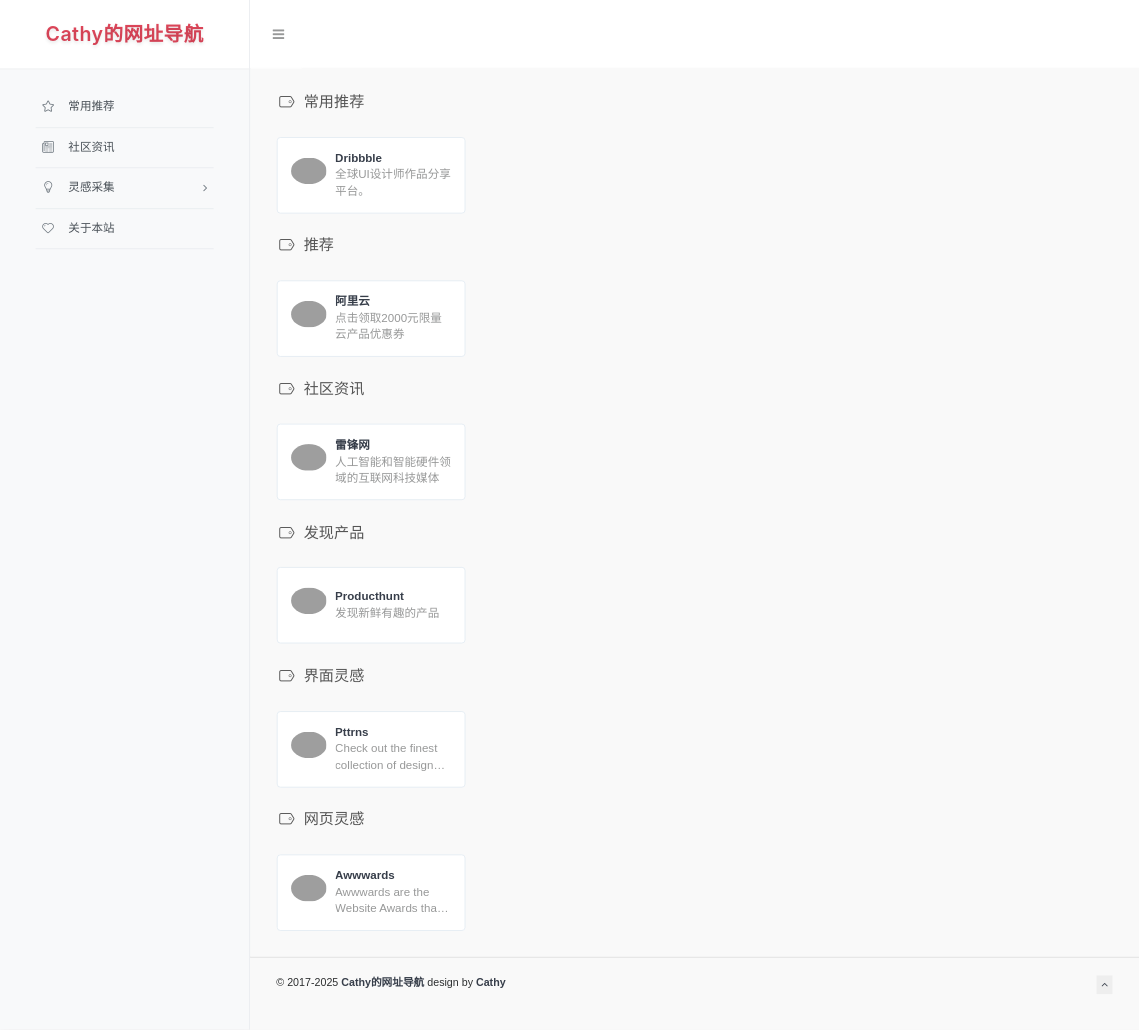
Repository: SweetPomelo0/AINav
Page: cn/index.html
The author's editor kept a copy of each file at every save. The page is drawn from the files as they stood at one save, then again after the next save.
The browser window is 1280 px wide. The pictures show the whole page, at 89% of full size.
Pictures or frames that could not be fetched are drawn as grey boxes.

Above is the page before, as saved 2025-07-24 22:20:29.

### cn/index.html
<!doctype html>
<html lang="zh">
  <head>
    <meta charset="utf-8" />
    <meta http-equiv="X-UA-Compatible" content="IE=edge" />
    <meta name="viewport" content="width=device-width, initial-scale=1.0" />
    <meta name="author" content="viggo" />
    <title>Cathy的网址导航</title>
    <meta name="keywords" content="Cathy的网址导航,收集工作中常用网址" />
    <meta name="description" content="Cathy的网址导航,收集工作中常用网址" />
    <link rel="shortcut icon" href="../assets/images/favicon.png" />
    <link
      rel="stylesheet"
      href="http://fonts.googleapis.com/css?family=Arimo:400,700,400italic"
    />
    <link
      rel="stylesheet"
      href="../assets/css/fonts/linecons/css/linecons.css"
    />
    <link
      rel="stylesheet"
      href="../assets/css/fonts/fontawesome/css/font-awesome.min.css"
    />
    <link rel="stylesheet" href="../assets/css/bootstrap.css" />
    <link rel="stylesheet" href="../assets/css/xenon-core.css" />
    <link rel="stylesheet" href="../assets/css/xenon-components.css" />
    <link rel="stylesheet" href="../assets/css/xenon-skins.css" />
    <link rel="stylesheet" href="../assets/css/nav.css" />
    <style>
      /* 自定义logo文字样式 */
      .logo-text {
        text-decoration: none !important;
        display: block;
      }

      .logo-title {
        background: linear-gradient(135deg, #E0475B 0%, #E0475B 50%, #E0475B 100%);
        -webkit-background-clip: text;
        -webkit-text-fill-color: transparent;
        background-clip: text;
        font-size: 22px;
        font-weight: 600;
        font-family: 'Microsoft YaHei', 'PingFang SC', 'SF Pro Display', 'Helvetica Neue', Arial, sans-serif;
        text-decoration: none;
        display: block;
        line-height: 1.3;
        letter-spacing: 0.5px;
        transition: all 0.3s ease;
        text-shadow: 0 2px 4px rgba(0,0,0,0.1);
        text-align: center;
        width: 100%;
        /* 调整上下间距 */
        padding: 5px 0;
      }

      .logo-title-collapsed {
         color: #ffffff;
         font-size: 22px;
         font-weight: 700;
         font-family: 'Microsoft YaHei', 'PingFang SC', 'SF Pro Display', 'Helvetica Neue', Arial, sans-serif;
         text-decoration: none;
         display: inline-block;
         line-height: 1;
         text-align: center;
         width: 42px;
         height: 42px;
         line-height: 42px;
         background: linear-gradient(135deg, #E0475B 0%, #E0475B 50%, #E0475B 100%);
         border-radius: 12px;
         transition: all 0.3s cubic-bezier(0.4, 0, 0.2, 1);
         box-shadow: 0 4px 12px rgba(30, 136, 229, 0.3);
         border: 2px solid rgba(255, 255, 255, 0.1);
       }

      /*.logo-text:hover .logo-title {
         background: linear-gradient(135deg, #c781bf 0%, #c781bf 50%, #c781bf 100%);
         -webkit-background-clip: text;
         -webkit-text-fill-color: transparent;
         background-clip: text;
         transform: translateY(-1px);
         text-shadow: 0 4px 8px rgba(76, 175, 80, 0.2);
       }*/

      .logo-text:hover .logo-title-collapsed {
         background: linear-gradient(135deg, #E0475B 0%, #E0475B 50%, #E0475B 100%);
         transform: scale(1.08) translateY(-2px);
         box-shadow: 0 8px 20px rgba(76, 175, 80, 0.4);
         border-color: rgba(255, 255, 255, 0.2);
       }

      /* 确保logo容器样式 */
       .sidebar-menu .logo-env .logo {
         text-align: center !important;
         width: 100% !important;
         float: none !important;
         display: flex !important;
         justify-content: center !important;
         align-items: center !important;
       }

       /* 添加微妙的发光效果
       .logo-title::before {
         content: '';
         position: absolute;
         top: 0;
         left: 0;
         right: 0;
         bottom: 0;
         background: linear-gradient(135deg, rgba(199, 129, 191, 0.1) 0%, rgba(199, 129, 191, 0.1) 100%);
         border-radius: 8px;
         opacity: 0;
         transition: opacity 0.3s ease;
         z-index: -1;
       }*/

       .logo-text:hover .logo-title::before {
         opacity: 1;
       }

       /* 为logo文字添加相对定位 */
       .logo-title {
         position: relative;
       }

       /* 浅色侧边栏主题样式 */
       .sidebar-menu {
         background: #f8f9fa !important;
         border-right: 1px solid #e9ecef;
         box-shadow: 2px 0 10px rgba(0,0,0,0.1);
       }

       .sidebar-menu .logo-env {
         background: #ffffff;
         border-bottom: 1px solid #e9ecef !important;
         height: 78px;
       }

       .sidebar-menu .main-menu a {
         color: #495057 !important;
         border-bottom: 1px solid #e9ecef !important;
         transition: all 0.3s ease;
       }

       .sidebar-menu .main-menu a:hover {
         color: #007bff !important;
         background: #f1f3f4;
         padding-left: 15px;
         border-left: 3px solid #007bff;
       }

       .sidebar-menu .main-menu li.active > a {
         color: #007bff !important;
         background: #e3f2fd;
         border-left: 3px solid #007bff;
         font-weight: 500;
       }

       .sidebar-menu .main-menu a > i {
         color: #6c757d;
       }

       .sidebar-menu .main-menu a:hover > i,
       .sidebar-menu .main-menu li.active > a > i {
         color: #007bff;
       }

       .sidebar-menu .main-menu li.has-sub > a:before {
         color: #6c757d !important;
       }

       .sidebar-menu .main-menu li.has-sub:hover > a:before,
       .sidebar-menu .main-menu li.has-sub.active > a:before {
         color: #007bff !important;
       }

       /* 子菜单样式 */
       .sidebar-menu .main-menu ul li a {
         color: #6c757d !important;
         padding-left: 35px;
         font-size: 13px;
       }

       .sidebar-menu .main-menu ul li a:hover {
         color: #007bff !important;
         background: #f8f9fa;
         padding-left: 45px;
       }

       .sidebar-menu .main-menu ul li.active > a {
         color: #007bff !important;
         background: #e3f2fd;
         font-weight: 500;
       }

       /* 标签样式调整 */
       .sidebar-menu .main-menu .label {
         background: #28a745;
         color: white;
       }

       .sidebar-menu .main-menu .label-pink {
         background: #e91e63;
       }

       .sidebar-menu .main-menu .label-Primary {
         background: #007bff;
       }
    </style>
    <script src="../assets/js/jquery-1.11.1.min.js"></script>
  </head>

  <body class="page-body">
    <!-- skin-white -->
    <div class="page-container">
      <div class="sidebar-menu toggle-others fixed">
        <div class="sidebar-menu-inner">
          <header class="logo-env">
            <!-- logo -->
            <div class="logo">
              <a href="index.html" class="logo-expanded logo-text">
                <span class="logo-title">Cathy的网址导航</span>
              </a>
              <a href="index.html" class="logo-collapsed logo-text">
                <span class="logo-title-collapsed">C</span>
              </a>
            </div>
<!-- å            <div class="mobile-menu-toggle visible-xs">åå
              <a href="#" data-toggle="user-info-menu">
                <i class="linecons-cog"></i>
              </a>
              <a href="#" data-toggle="mobile-menu">
                <i class="fa-bars"></i>
              </a>
            </div> -->
          </header>
          <ul id="main-menu" class="main-menu">
            <li>
              <a href="#常用推荐" class="smooth">
                <i class="linecons-star"></i>
                <span class="title">常用推荐</span>
              </a>
            </li>
            <li>
              <a href="#社区资讯" class="smooth">
                <i class="linecons-doc"></i>
                <span class="title">社区资讯</span>
              </a>
            </li>
            <li>
              <a>
                <i class="linecons-lightbulb"></i>
                <span class="title">灵感采集</span>
              </a>
              <ul>
                <li>
                  <a href="#发现产品" class="smooth">
                    <span class="title">发现产品</span>
                  </a>
                </li>
                <li>
                  <a href="#界面灵感" class="smooth">
                    <span class="title">界面灵感</span>
                  </a>
                </li>
                <li>
                  <a href="#网页灵感" class="smooth">
                    <span class="title">网页灵感</span>
                    <span class="label label-pink pull-right hidden-collapsed"
                      >Hot</span
                    >
                  </a>
                </li>

              </ul>
            </li>

            <li>
              <a href="about.html">
                <i class="linecons-heart"></i>
                <span class="tooltip-blue">关于本站</span>
                <!-- <span class="label label-Primary pull-right hidden-collapsed"
                  > </span> -->
              </a>
            </li>

          </ul>
        </div>
      </div>
      <div class="main-content">
        <nav class="navbar user-info-navbar" role="navigation">
          <!-- User Info, Notifications and Menu Bar -->
          <!-- Left links for user info navbar -->
          <ul class="user-info-menu left-links list-inline list-unstyled">
            <li class="hidden-sm hidden-xs">
              <a href="#" data-toggle="sidebar">
                <i class="fa-bars"></i>
              </a>
            </li>
            <!-- <li class="dropdown hover-line language-switcher">
              <a
                href="../cn/index.html"
                class="dropdown-toggle"
                data-toggle="dropdown"
              >
                <img src="../assets/images/flags/flag-cn.png" alt="flag-cn" />
                Chinese
              </a>
              <ul class="dropdown-menu languages">
                <li>
                  <a href="../en/index.html">
                    <img
                      src="../assets/images/flags/flag-us.png"
                      alt="flag-us"
                    />
                    English
                  </a>
                </li>
                <li class="active">
                  <a href="../cn/index.html">
                    <img
                      src="../assets/images/flags/flag-cn.png"
                      alt="flag-cn"
                    />
                    Chinese
                  </a>
                </li>
              </ul> -->
            </li>
          </ul>
          <!-- <ul class="user-info-menu right-links list-inline list-unstyled">
            <li class="hidden-sm hidden-xs">
              <a
                href="https://github.com/WebStackPage/WebStackPage.github.io"
                target="_blank"
              >
                <i class="fa-github"></i> GitHub
              </a>
            </li>
          </ul> -->
          <!-- <a href="https://github.com/WebStackPage/WebStackPage.github.io" target="_blank"><img style="position: absolute; top: 0; right: 0; border: 0;" src="https://s3.amazonaws.com/github/ribbons/forkme_right_darkblue_121621.png" alt="Fork me on GitHub"></a> -->
        </nav>
        <!-- 常用推荐 -->
        <h4 class="text-gray">
          <i class="linecons-tag" style="margin-right: 7px" id="常用推荐"></i
          >常用推荐
        </h4>
        <div class="row">
          <div class="col-sm-3">
            <div
              class="xe-widget xe-conversations box2 label-info"
              onclick="window.open('https://dribbble.com/', '_blank')"
              data-toggle="tooltip"
              data-placement="bottom"
              title=""
              data-original-title="https://dribbble.com/"
            >
              <div class="xe-comment-entry">
                <a class="xe-user-img">
                  <img
                    data-src="../assets/images/logos/dribbble.png"
                    class="lozad img-circle"
                    width="40"
                  />
                </a>
                <div class="xe-comment">
                  <a href="#" class="xe-user-name overflowClip_1">
                    <strong>Dribbble</strong>
                  </a>
                  <p class="overflowClip_2">全球UI设计师作品分享平台。</p>
                </div>
              </div>
            </div>
          </div>

        </div>

        <br />
        <!-- END 常用推荐 -->
        <!-- 推荐 -->
        <h4 class="text-gray">
          <i class="linecons-tag" style="margin-right: 7px" id="界面灵感"></i
          >推荐
        </h4>
        <div class="row">
          <div class="col-sm-3">
            <div
              class="xe-widget xe-conversations box2 label-info"
              onclick="window.open('https://www.aliyun.com/minisite/goods?userCode=xtct5egx&share_source=copy_link', '_blank')"
              data-toggle="tooltip"
              data-placement="bottom"
              title=""
              data-original-title="https://www.aliyun.com/"
            >
              <div class="xe-comment-entry">
                <a class="xe-user-img">
                  <img
                    data-src="../assets/images/logos/aliyun.png"
                    class="lozad img-circle"
                    width="40"
                  />
                </a>
                <div class="xe-comment">
                  <a href="#" class="xe-user-name overflowClip_1">
                    <strong>阿里云</strong>
                  </a>
                  <p class="overflowClip_2">点击领取2000元限量云产品优惠券</p>
                </div>
              </div>
            </div>
          </div>

        </div>
        <br />
        <!--END 推荐 -->
        <!-- 社区资讯 -->
        <h4 class="text-gray">
          <i class="linecons-tag" style="margin-right: 7px" id="社区资讯"></i
          >社区资讯
        </h4>
        <div class="row">
          <div class="col-sm-3">
            <div
              class="xe-widget xe-conversations box2 label-info"
              onclick="window.open('https://www.leiphone.com/', '_blank')"
              data-toggle="tooltip"
              data-placement="bottom"
              title=""
              data-original-title="https://www.leiphone.com/"
            >
              <div class="xe-comment-entry">
                <a class="xe-user-img">
                  <img
                    data-src="../assets/images/logos/leiphone.png"
                    class="lozad img-circle"
                    width="40"
                  />
                </a>
                <div class="xe-comment">
                  <a href="#" class="xe-user-name overflowClip_1">
                    <strong>雷锋网</strong>
                  </a>
                  <p class="overflowClip_2">
                    人工智能和智能硬件领域的互联网科技媒体
                  </p>
                </div>
              </div>
            </div>
          </div>
        </div>

        <br />
        <!--END 社区资讯 -->
        <!-- 发现产品 -->
        <h4 class="text-gray">
          <i class="linecons-tag" style="margin-right: 7px" id="发现产品"></i
          >发现产品
        </h4>
        <div class="row">
          <div class="col-sm-3">
            <div
              class="xe-widget xe-conversations box2 label-info"
              onclick="window.open('https://www.producthunt.com/', '_blank')"
              data-toggle="tooltip"
              data-placement="bottom"
              title=""
              data-original-title="https://www.producthunt.com/"
            >
              <div class="xe-comment-entry">
                <a class="xe-user-img">
                  <img
                    data-src="../assets/images/logos/producthunt.png"
                    class="lozad img-circle"
                    width="40"
                  />
                </a>
                <span
                  class="label label-info"
                  data-toggle="tooltip"
                  data-placement="left"
                  title=""
                  data-original-title="Hello I am a Tooltip"
                ></span>
                <div class="xe-comment">
                  <a href="#" class="xe-user-name overflowClip_1">
                    <strong>Producthunt</strong>
                  </a>
                  <p class="overflowClip_2">发现新鲜有趣的产品</p>
                </div>
              </div>
            </div>
          </div>
        </div>
        <br />
        <!--END 发现产品 -->
        <!-- 界面灵感 -->
        <h4 class="text-gray">
          <i class="linecons-tag" style="margin-right: 7px" id="界面灵感"></i
          >界面灵感
        </h4>
        <div class="row">
          <div class="col-sm-3">
            <div
              class="xe-widget xe-conversations box2 label-info"
              onclick="window.open('https://www.pttrns.com/', '_blank')"
              data-toggle="tooltip"
              data-placement="bottom"
              title=""
              data-original-title="https://www.pttrns.com/"
            >
              <div class="xe-comment-entry">
                <a class="xe-user-img">
                  <img
                    data-src="../assets/images/logos/Pttrns.png"
                    class="lozad img-circle"
                    width="40"
                  />
                </a>
                <div class="xe-comment">
                  <a href="#" class="xe-user-name overflowClip_1">
                    <strong>Pttrns</strong>
                  </a>
                  <p class="overflowClip_2">
                    Check out the finest collection of design patterns,
                    resources, mobile apps and inspiration
                  </p>
                </div>
              </div>
            </div>
          </div>

        </div>
        <!--END 界面灵感 -->
        <br />
        <!-- 网页灵感 -->
        <h4 class="text-gray">
          <i class="linecons-tag" style="margin-right: 7px" id="网页灵感"></i
          >网页灵感
        </h4>
        <div class="row">
          <div class="col-sm-3">
            <div
              class="xe-widget xe-conversations box2 label-info"
              onclick="window.open('https://www.awwwards.com/', '_blank')"
              data-toggle="tooltip"
              data-placement="bottom"
              title=""
              data-original-title="https://www.awwwards.com/"
            >
              <div class="xe-comment-entry">
                <a class="xe-user-img">
                  <img
                    data-src="../assets/images/logos/awwwards.png"
                    class="lozad img-circle"
                    width="40"
                  />
                </a>
                <div class="xe-comment">
                  <a href="#" class="xe-user-name overflowClip_1">
                    <strong>Awwwards</strong>
                  </a>
                  <p class="overflowClip_2">
                    Awwwards are the Website Awards that recognize and promote
                    the talent and effort of the best developers, designers and
                    web agencies in the world.
                  </p>
                </div>
              </div>
            </div>
          </div>

        </div>

        <br />

        <footer class="main-footer sticky footer-type-1">
          <div class="footer-inner">
            <!-- Add your copyright text here -->
            <div class="footer-text">
              &copy; 2017-2025
              <a href="../cn/about.html"><strong>Cathy的网址导航</strong></a> design by
              <a href="https://www.viggoz.com" target="_blank"
                ><strong>Cathy</strong></a
              >
              <!--  - Purchase for only <strong>23$</strong> -->
            </div>
            <!-- Go to Top Link, just add rel="go-top" to any link to add this functionality -->
            <div class="go-up">
              <a href="#" rel="go-top">
                <i class="fa-angle-up"></i>
              </a>
            </div>
          </div>
        </footer>
      </div>
    </div>
    <!-- 锚点平滑移动 -->
    <script type="text/javascript">
      $(document).ready(function () {
        //img lazy loaded
        const observer = lozad();
        observer.observe();

        $(document).on("click", ".has-sub", function () {
          var _this = $(this);
          if (!$(this).hasClass("expanded")) {
            setTimeout(function () {
              _this.find("ul").attr("style", "");
            }, 300);
          } else {
            $(".has-sub ul").each(function (id, ele) {
              var _that = $(this);
              if (_this.find("ul")[0] != ele) {
                setTimeout(function () {
                  _that.attr("style", "");
                }, 300);
              }
            });
          }
        });
        $(".user-info-menu .hidden-sm").click(function () {
          if ($(".sidebar-menu").hasClass("collapsed")) {
            $(".has-sub.expanded > ul").attr("style", "");
          } else {
            $(".has-sub.expanded > ul").show();
          }
        });
        $("#main-menu li ul li").click(function () {
          $(this).siblings("li").removeClass("active"); // 删除其他兄弟元素的样式
          $(this).addClass("active"); // 添加当前元素的样式
        });
        $("a.smooth").click(function (ev) {
          ev.preventDefault();

          public_vars.$mainMenu
            .add(public_vars.$sidebarProfile)
            .toggleClass("mobile-is-visible");
          ps_destroy();
          $("html, body").animate(
            {
              scrollTop: $($(this).attr("href")).offset().top - 30,
            },
            {
              duration: 500,
              easing: "swing",
            }
          );
        });
        return false;
      });

      var href = "";
      var pos = 0;
      $("a.smooth").click(function (e) {
        $("#main-menu li").each(function () {
          $(this).removeClass("active");
        });
        $(this).parent("li").addClass("active");
        e.preventDefault();
        href = $(this).attr("href");
        pos = $(href).position().top - 30;
      });
    </script>
    <!-- Bottom Scripts -->
    <script src="../assets/js/bootstrap.min.js"></script>
    <script src="../assets/js/TweenMax.min.js"></script>
    <script src="../assets/js/resizeable.js"></script>
    <script src="../assets/js/joinable.js"></script>
    <script src="../assets/js/xenon-api.js"></script>
    <script src="../assets/js/xenon-toggles.js"></script>
    <!-- JavaScripts initializations and stuff -->
    <script src="../assets/js/xenon-custom.js"></script>
    <script src="../assets/js/lozad.js"></script>
  </body>
</html>

Loaded but not shown: assets/css/fonts/linecons/css/linecons.css (common file); assets/css/fonts/fontawesome/css/font-awesome.min.css (library); assets/css/bootstrap.css (library); assets/css/xenon-core.css (library); assets/css/xenon-components.css (library); assets/css/xenon-skins.css (library); assets/js/jquery-1.11.1.min.js (library); assets/js/bootstrap.min.js (library); assets/js/TweenMax.min.js (library); assets/js/joinable.js (library); assets/js/xenon-custom.js (1950 lines, source omitted); assets/js/xenon-toggles.js (321 lines, source omitted); assets/js/lozad.js (173 lines, source omitted); assets/js/resizeable.js (122 lines, source omitted); assets/js/xenon-api.js (91 lines, source omitted); assets/css/nav.css (67 lines, source omitted)

After the next save:
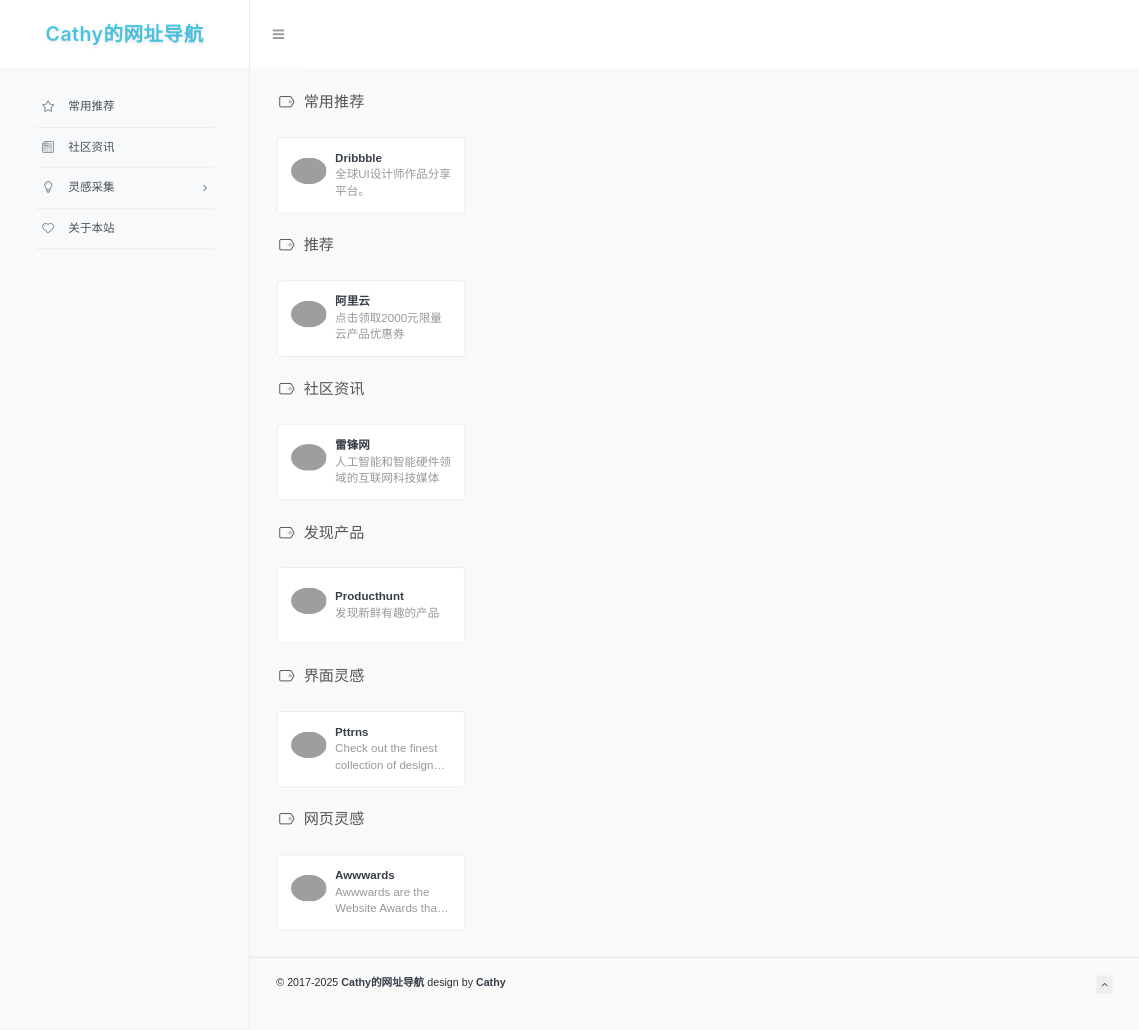
Saved 81 s later.
--- a/cn/index.html
+++ b/cn/index.html
@@ -34,7 +34,7 @@
       }
 
       .logo-title {
-        background: linear-gradient(135deg, #E0475B 0%, #E0475B 50%, #E0475B 100%);
+        background: linear-gradient(135deg, #4fcceb 0%, #4fcceb 50%, #4fcceb 100%);
         -webkit-background-clip: text;
         -webkit-text-fill-color: transparent;
         background-clip: text;
